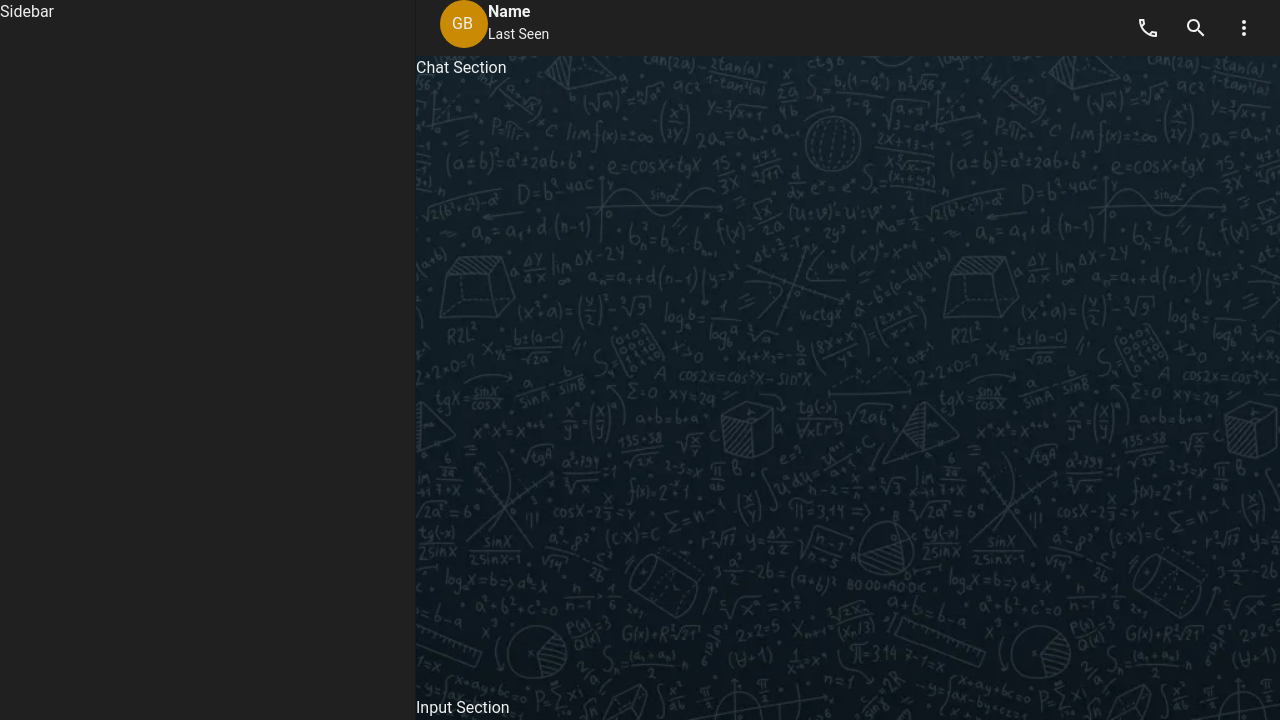
Repository: Qu4ntumGuy/telegram-clone
Page: /
An editor plug-in stored every save of this project. The page is shown before and after the next save, followed by the edit.
The browser window is 1280 px wide. The pictures show the whole page.
The project was rebuilt for these pictures with package versions that can differ from the ones it lists, and the page was loaded fresh each time. Also part of the build but not shown: src/Utils/ContextProvider.js, src/Pages/ChatPage.js/ChatPage.js.

Above is the page before, as saved 2024-07-15 12:07:46.

After the next save:
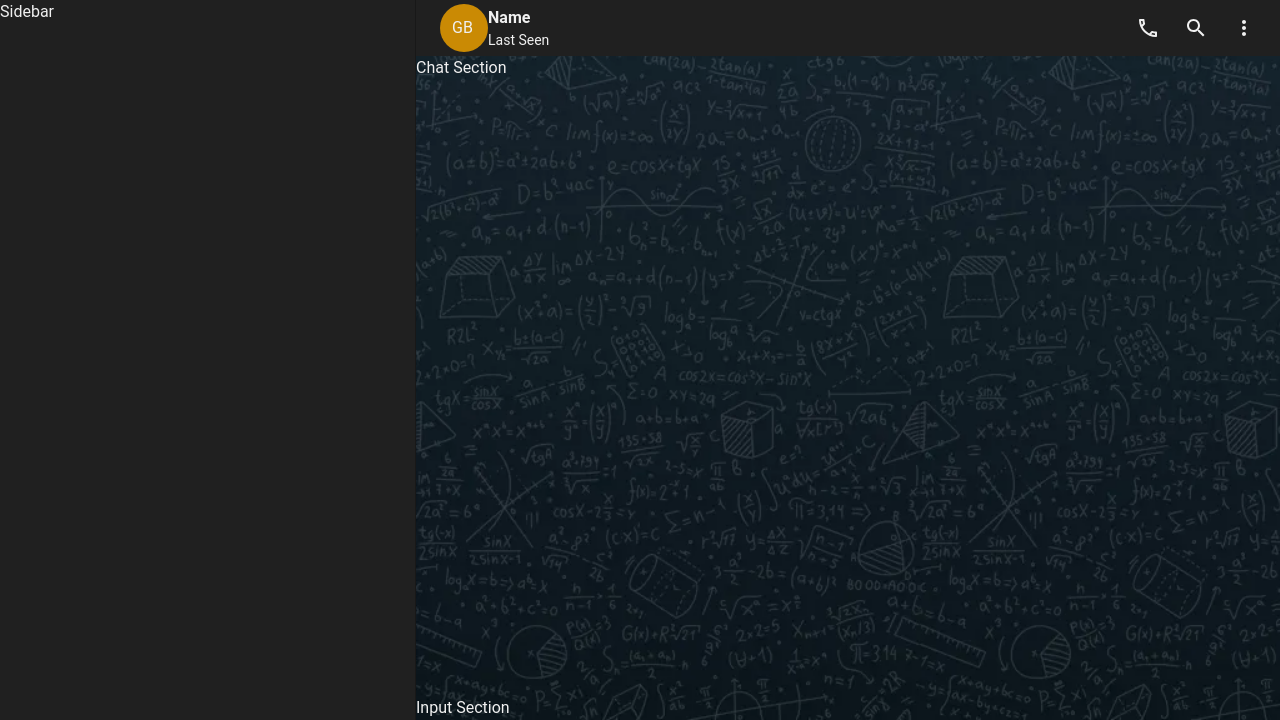
Saved 14 s later.
--- a/src/Components/Topbar.js
+++ b/src/Components/Topbar.js
@@ -6,7 +6,7 @@ import MoreVertIcon from "@mui/icons-material/MoreVert";
 function Topbar() {
   return (
     <div className="flex px-6 h-14">
-      <div className="flex-1 flex">
+      <div className="flex-1 flex items-center">
         <div className="bg-yellow-600 p-3 rounded-full h-12 w-12">GB</div>
         <div className="flex flex-col">
           <div className="font-semibold">Name</div>
